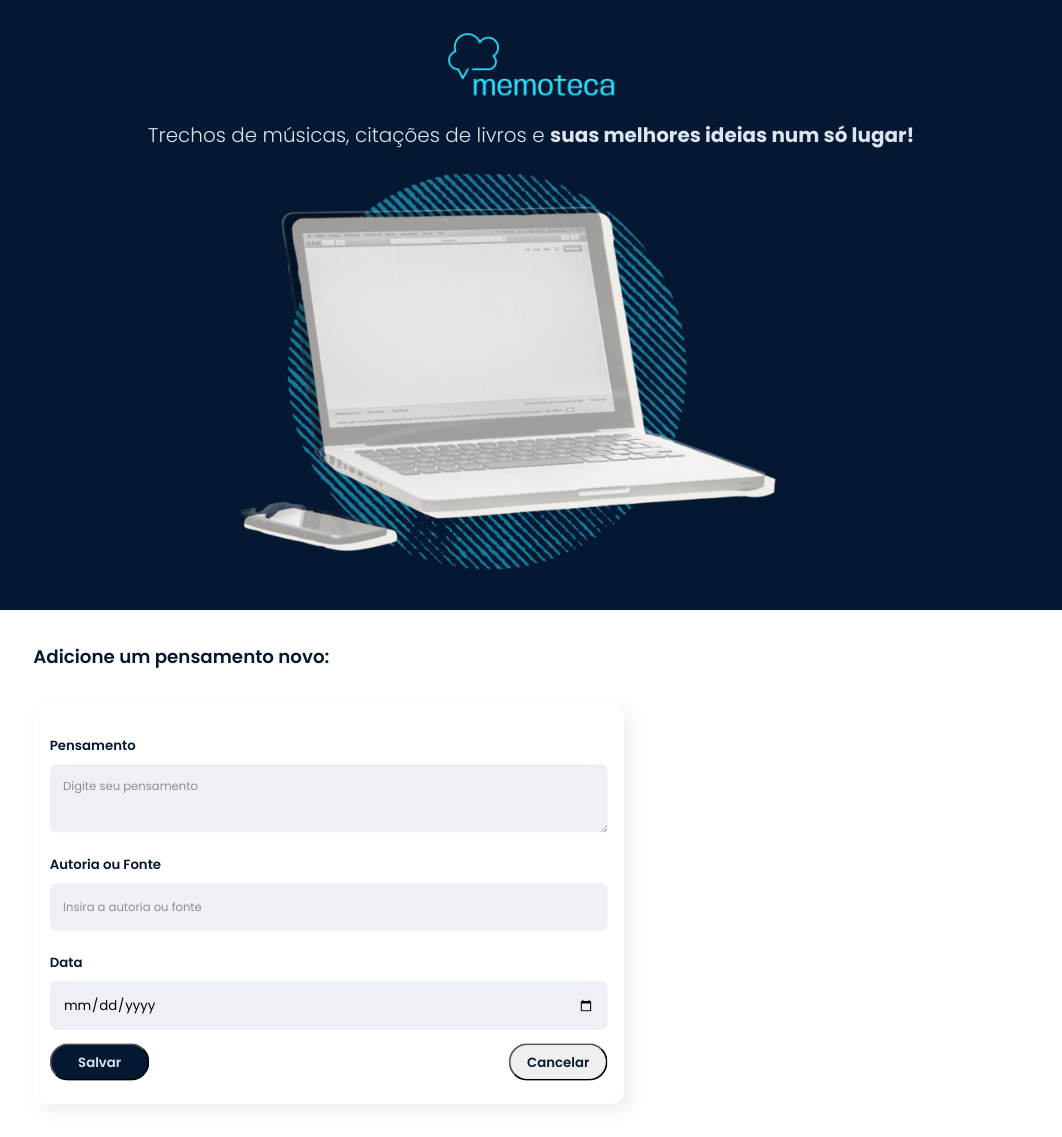
Repository: joaoPraiaJunior/crud_js
Page: index.html
An editor plug-in stored every save of this project. The page is shown before and after the next save, followed by the edit.
The browser window is 1280 px wide. The pictures show the whole page, at 83% of full size.

Above is the page before, as saved 2024-09-26 22:59:50.

### index.html
<!doctype html>
<html lang="pt-BR" dir="ltr">
	<head>
		<meta charset="UTF-8">
		<meta name="viewport" content="width=device-width, initial-scale=1">
		<title>CRUD de Pensamentos</title>
		<link rel="preconnect" href="https://fonts.googleapis.com">
		<link rel="preconnect" href="https://fonts.gstatic.com" crossorigin>
		<link href="https://fonts.googleapis.com/css2?family=Poppins:ital,wght@0,100;0,200;0,300;0,400;0,500;0,600;0,700;0,800;0,900;1,100;1,200;1,300;1,400;1,500;1,600;1,700;1,800;1,900&display=swap" rel="stylesheet">
		<link href="https://fonts.googleapis.com/css2?family=Roboto+Mono:ital,wght@0,100..700;1,100..700&display=swap" rel="stylesheet">
		<link rel="stylesheet" href="css/styles.css">
	</head>
	<body>
		<header class="cabecalho">
			<div class="logo">
				<img src="assets/imagens/logo.png" alt="Logo do CRUD meus pensamentos">
				<h1>
					Trechos de músicas,
					citações de livros e
					<strong>suas melhores ideias num só lugar!</strong>
				</h1>
			</div>
			<div class="imagem-cabecalho">
				<img src="assets/imagens/computador-cabecalho.png" aria-hidden="true" alt>
			</div>
		</header>
		<main class="background-overlay">
			<div class="overlay"></div>
			<div class="overlay overlay-color"></div>
			<section>
				<h2>Adicione um pensamento novo:</h2>
				<div id="form-container">
					<form id="pensamento-form" data-js="formulario">
						<input type="hidden" id="pensamento-id" name="id">
						<label for="pensamento-conteudo">Pensamento</label>
						<textarea id="pensamento-conteudo" name="conteudo" placeholder="Digite seu pensamento" minlength="10" maxlength="200" required></textarea>
						<label for="pensamento-autoria"> Autoria ou Fonte </label>
						<input type="text" id="pensamento-autoria" name="autoria" placeholder="Insira a autoria ou fonte" minlength="3" maxlength="15" required>
						<label for="pensamento-data">Data</label>
						<input type="date" name="data" id="pensamento-data" required>
						<div class="form-botoes">
							<button type="submit" id="botao-salvar">Salvar</button>
							<button type="reset" id="botao-cancelar" data-js="botao-resetar-formulario">Cancelar</button>
						</div>
					</form>
				</div>
			</section>
			<!-- <section id="lista-pensamentos-container">
				<h3>Meu Mural</h3>
                <div id="busca-container">
                    <label for="campo-busca">
                        <input type="search" name="busca" id="campo-busca" placeholder="O que você procura?" data-js="busca-pensamento">
                    </label>
                </div>
				<div id="mensagem-vazia" class="mensagem-vazia" data-js="mural-vazio">
					<img src="assets/imagens/lista-vazia.png" alt="Nenhum pensamento disponível">
					<p>Nada por aqui ainda, que tal compartilhar alguma ideia?</p>
				</div>
				<ul id="lista-pensamentos" data-js="lista-de-pensamentos"></ul>
			</section> -->
		</main>
		<!-- <footer>
			<p>&copy; 2024 Desenvolvido por Alura. Projeto fictício sem fins comerciais.</p>
		</footer>

		<script type="module" src="./js/main.js"></script> -->
	</body>
</html>

### css/styles.css
* {
	margin: 0;
	padding: 0;
	box-sizing: border-box;
}

html {
	font-size: 62.5%;
	scroll-behavior: smooth;
}

:root {
	--Baby-blue: #dbe4ef;
	--Azul-Dark: #041832;
	--Cinza-claro: #edf0f4;
	--Cinza-medio: #8f8f8f;
	--Cinza: #444;
	--font-primaria: 'Poppins', sans-serif;
	--font-secundaria: 'Roboto Mono', sans-serif;
}

body {
	font-family: var(--font-primaria);
}

h2,
h3 {
	color: var(--Azul-Dark, #041832);
	font-family: var(--font-primaria);
	font-size: 2.2rem;
	font-style: normal;
	font-weight: 600;
	line-height: normal;
}

header {
	display: flex;
	flex-direction: column;
	justify-content: center;
	align-items: center;
	gap: 3rem;
	background: var(--Azul-Dark, #041832);
	padding: 4rem;
}

.logo {
	display: flex;
	flex-direction: column;
	align-items: center;
	gap: 3rem;
}

.logo img {
	max-width: 20rem;
}

.logo h1 {
	color: var(--Baby-blue, #dbe4ef);
	font-family: var(--font-primaria);
	font-size: 2.4rem;
	font-weight: 300;
	line-height: 3.5rem;
	text-align: center;
}

.imagem-cabecalho img {
	max-width: 100%;
}

main {
	padding: 4rem;
}

#form-container {
	display: flex;
	flex-direction: column;
	align-items: center;
	justify-content: center;
	gap: 4rem;
	background: #fff;
	margin-top: 4rem;
	border-radius: 1.6rem;
	padding: 2.8rem 2rem;
	box-shadow: 8px 8px 20px 0px rgba(4, 24, 50, 0.08);
	width: 100%;
	max-width: 71.2rem;
}

#pensamento-form {
	display: flex;
	flex-direction: column;
	width: 100%;
}

#pensamento-conteudo,
#pensamento-autoria,
#pensamento-data {
	padding: 1.6rem;
	border-radius: 8px;
	background: var(--Cinza-claro, #edf0f4);
}

#pensamento-conteudo {
	min-height: 8rem;
}

#pensamento-data {
	cursor: pointer;
}

#pensamento-form label {
	color: var(--Azul-Dark, #041832);
	font-family: var(--font-primaria);
	font-size: 1.6rem;
	font-weight: 600;
	margin: 1rem 0;
}

#pensamento-conteudo::placeholder,
#pensamento-autoria::placeholder {
	color: var(--Cinza-medio, #8f8f8f);
	font-family: var(--font-primaria);
	font-size: 1.4rem;
	font-style: normal;
	font-weight: 400;
}

#pensamento-form textarea,
#pensamento-form input {
	font-size: 1.6rem;
	font-family: var(--font-primaria);
	margin-bottom: 1.6rem;
	border-style: none;
	outline: none;
}

.form-botoes {
	display: flex;
	justify-content: space-between;
}

#botao-salvar,
#botao-cancelar {
	color: var(--Baby-blue, #dbe4ef);
	font-family: var(--font-primaria);
	font-size: 1.6rem;
	font-weight: 600;
	padding: 0.8rem 2rem;
	border-radius: 3.2rem;
	cursor: pointer;
}

#botao-salvar {
	background: var(--Azul-Dark, #041832);
	min-width: 12rem;
}

#botao-cancelar {
	color: var(--Azul-Dark, #041832);
}

/* main {
	padding-top: 12rem;
	flex: 1;
	display: flex;
	flex-direction: column;
	align-items: center;
	position: relative;
	min-height: 280vh;
	box-sizing: border-box;
}

.overlay {
	position: absolute;
	top: 0;
	left: 0;
	width: 100%;
	height: 100%;
	background-image: url('/assets/imagens/background.png');
	background-size: cover;
	opacity: 0.5;
	z-index: -1;
}

.overlay-color {
	background-color: #f4f4f4;
}


.conteudo-cabecalho {
	display: flex;
	justify-content: center;
	gap: 3.2rem;
	align-items: center;
}

header .logo {
	display: flex;
	flex-direction: column;
	gap: 4.8rem;
}

header .logo img {
	max-width: 20rem;
}

header .logo h1 {
	color: var(--Baby-blue, #dbe4ef);
	font-family: var(--font-primaria);
	align-self: center;
	font-size: 5.2rem;
	font-weight: 300;
	line-height: 6.76rem;
}


footer {
	padding: 32px 360px;
	background: #041832;
	color: var(--Baby-blue, #dbe4ef);
	text-align: center;
	width: 100%;
	position: relative;
	left: 0;
}

h2,
h3 {
	color: var(--Azul-Dark, #041832);
	text-align: center;
	font-family: var(--font-primaria);
	font-size: 4.4rem;
	font-style: normal;
	font-weight: 600;
	line-height: normal;
}

#form-container {
	display: flex;
	padding: 4.8rem 4rem;
	flex-direction: column;
	align-items: center;
	gap: 4rem;
	align-self: center;
	justify-content: center;
	border-radius: 16px;
	position: relative;
	background: #fff;
	box-shadow: 8px 8px 20px 0px rgba(4, 24, 50, 0.08);
	width: 100%;
	max-width: 71.2rem;
	margin-top: 4rem;
}


#pensamento-conteudo::placeholder,
#pensamento-autoria::placeholder {
	color: var(--Cinza-medio, #8f8f8f);
	font-family: var(--font-primaria);
	font-size: 1.6rem;
	font-style: normal;
	font-weight: 400;
	line-height: normal;
}

#pensamento-form textarea,
#pensamento-form input {
	margin-bottom: 2.4rem;
	outline: none;
	border-style: none;
	font-size: 2rem;
	font-family: var(--font-primaria);
}

.form-botoes {
	display: flex;
	justify-content: center;
	gap: 1rem;
	padding-top: 1.6rem;
}

#botao-salvar,
#botao-cancelar {
	padding: 0.8rem 3.2rem;
	border-radius: 3.2rem;
	color: var(--Baby-blue, #dbe4ef);
	font-family: var(--font-primaria);
	font-size: 22px;
	font-style: normal;
	font-weight: 600;
	line-height: normal;
	cursor: pointer;
}

#botao-salvar {
	background: var(--Azul-Dark, #041832);
	min-width: 16rem;
}

#botao-cancelar {
	color: var(--Azul-Dark, #041832);
}

#lista-pensamentos-container {
	width: 100%;
	max-width: 120rem;
	margin: 4rem 0;
}

#lista-pensamentos-container h3 {
	display: flex;
	justify-content: center;
	flex-direction: column;
	margin: 4rem 0;
}

#lista-pensamentos-container h3::before {
	content: '';
	display: inline-block;
	align-self: center;
	width: 18rem;
	height: 0.1rem;
	background: #041832;
	margin: 5.8rem 0 4rem;
}

#lista-pensamentos {
	display: flex;
	flex-wrap: wrap;
	justify-content: space-between;
	row-gap: 3.2rem;
	padding: 0;
	list-style: none;
}

/* .li-pensamento {
	position: relative;
	padding: 1.6rem;
	background: var(--Branco, #fff);
	box-shadow: 0.8rem 0.8rem 0rem 0rem #154580;
	flex: 1 1 calc(33.333% - 24px);
	max-width: calc(33.333% - 24px);
	min-width: 38.4rem;
	min-height: 31.5rem;
	display: flex;
	flex-direction: column;
	overflow-wrap: break-word;
	word-wrap: break-word;
	hyphens: auto;
} */

/* .li-pensamento {
	display: flex;
	flex-direction: column;
	flex: 1 1 calc(33.333% - 24px);
	gap: 1.2rem;
	position: relative;
	background: var(--Branco, #fff);
	box-shadow: 0.8rem 0.8rem 0rem 0rem #154580;
	max-width: calc(33.333% - 2.4rem);
	min-width: 38.4rem;
	min-height: 31.5rem;
	padding: 2.4rem;
}

.icone-aspas {
	width: 6.4rem;
	height: 5rem;
}

.pensamento-conteudo,
.pensamento-autoria,
.pensamento-data {
	color: var(--Cinza, #444);
	font-family: var(--font-secundaria);
	hyphens: auto;
}

.pensamento-conteudo {
	font-size: 1.6rem;
	font-weight: 400;
}

.pensamento-autoria {
	font-size: 1.6rem;
	font-weight: 600;
}

.pensamento-data {
	font-size: 1.2rem;
	font-weight: 500;
	margin-bottom: 4rem;
}

.icones {
	position: absolute;
	bottom: 0;
	align-self: flex-end;
}

.botao-editar,
.botao-excluir,
.botao-favoritar {
	background: none;
	border: none;
	cursor: pointer;
	padding: 0.8rem;
	margin-left: 0.8rem;
}

.botao-editar img,
.botao-excluir img {
	width: 2rem;
	height: 2rem;
}

.botao-favoritar img {
	width: 2.3rem;
}

.mensagem-vazia {
	display: none;
	text-align: center;
	color: var(--Azul-Dark, #041832);
	margin-top: 40px;
}

.mensagem-vazia img {
	max-width: 200px;
	margin-bottom: 20px;
}

.mensagem-vazia p {
	font-family: var(--font-primaria);
	font-size: 2.2rem;
	font-weight: 400;
	line-height: 3.3rem;
	text-align: center;
}

#busca-container {
	display: flex;
	align-items: center;
	width: 100%;
	max-width: 60rem;
	margin: 5.6rem auto;
	padding: 0 1.6rem;
}

#busca-container label {
	display: flex;
	align-items: center;
}

#campo-busca {
	flex: 1;
	width: 57.2rem;
	height: 4.8rem;
	padding: 0.8rem 4.5rem;
	border-radius: 3.2rem;
	border: 0.1rem solid #144480;
	font-family: var(--font-primaria);
	font-size: 1.6rem;
	font-weight: 400;
	outline: none;
}

#busca-container label::before {
	content: url('../assets/imagens/lupa.png');
	display: block;
	position: relative;
	left: 3.5rem;
	width: 2.4rem;
	height: 2.4rem;
}  */

After the next save:
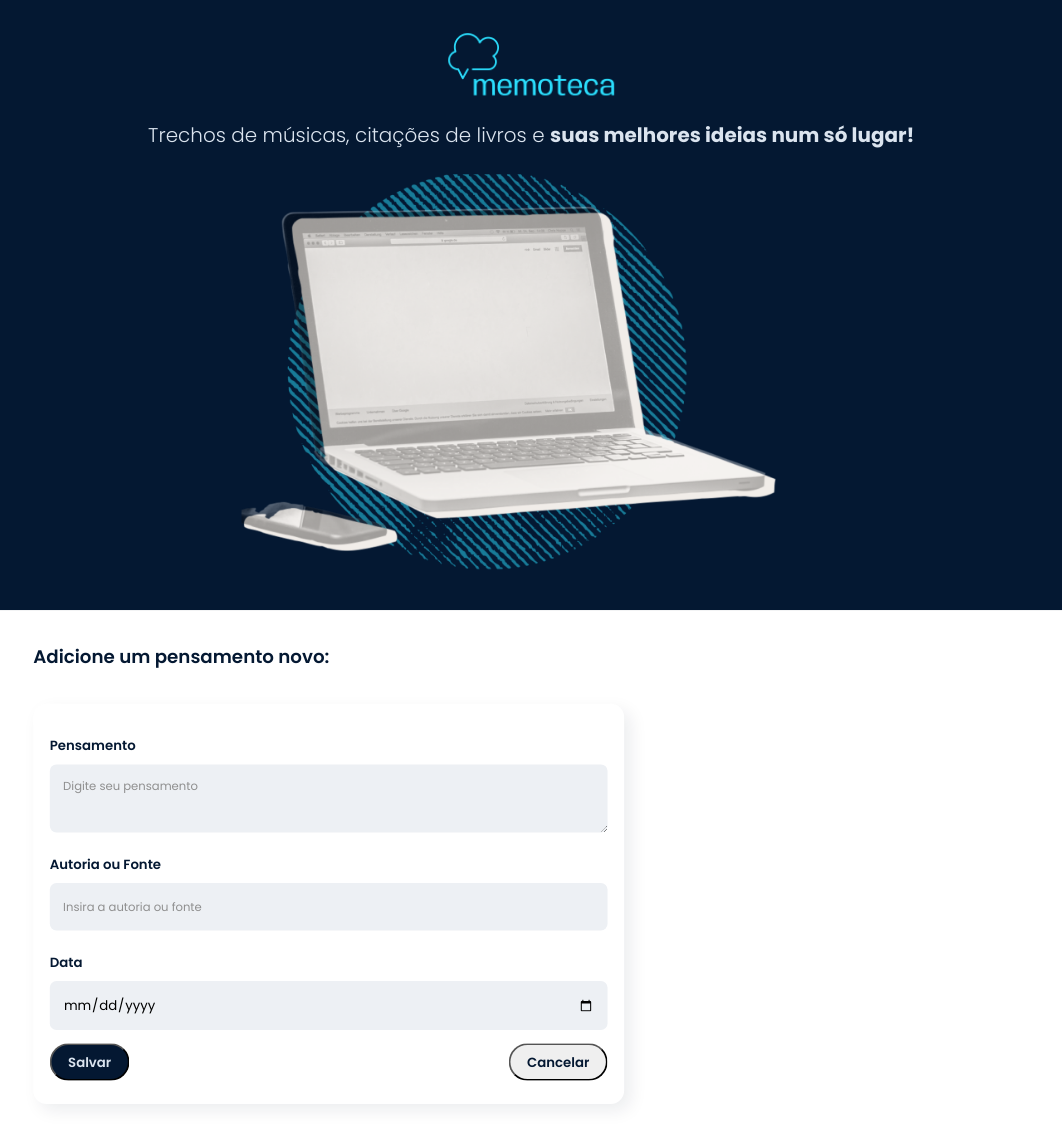
Saved 95 s later.
--- a/css/styles.css
+++ b/css/styles.css
@@ -152,7 +152,6 @@ main {
 
 #botao-salvar {
 	background: var(--Azul-Dark, #041832);
-	min-width: 12rem;
 }
 
 #botao-cancelar {
